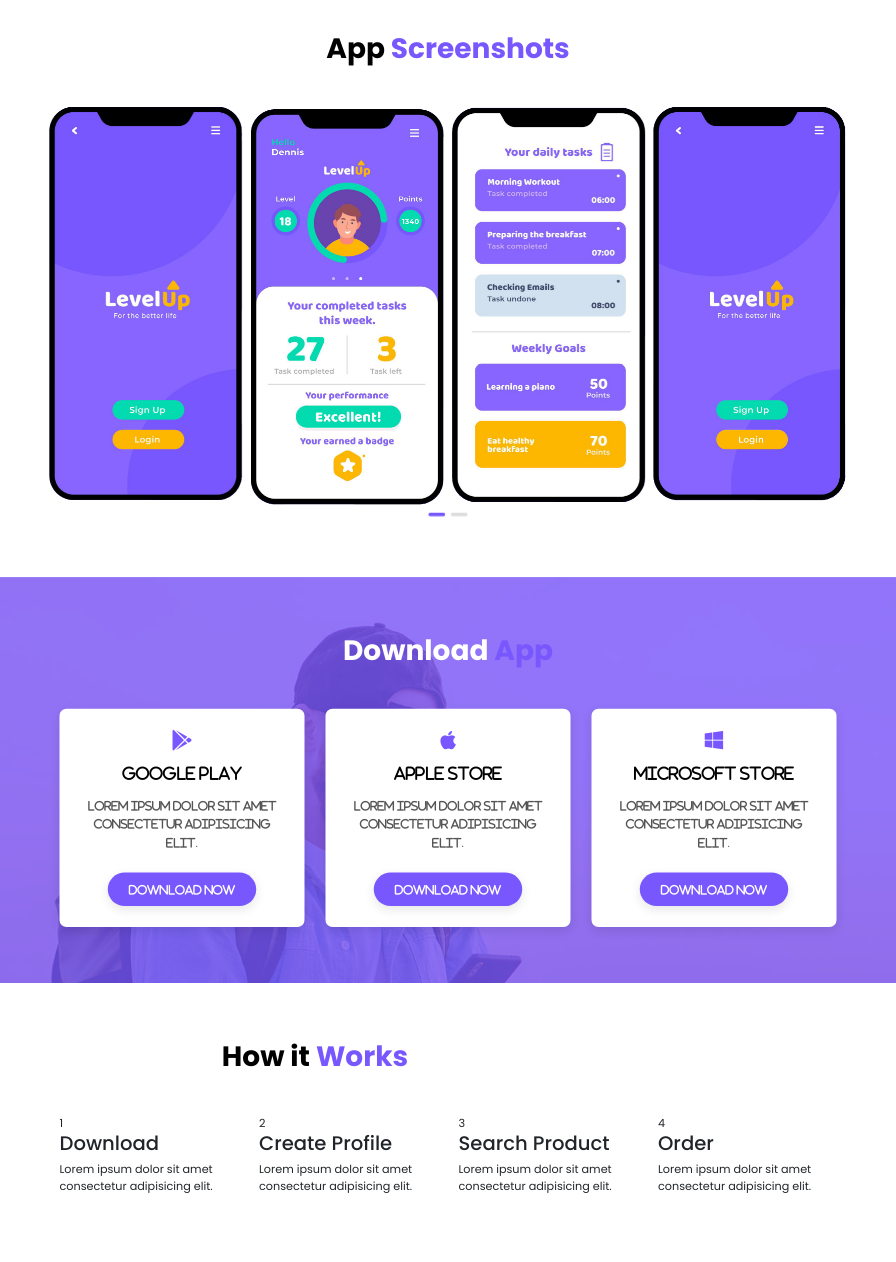
Repository: Mohamed-Hema/Shala-App
Page: index.html
An editor plug-in stored every save of this project. The page is shown before and after the next save, followed by the edit.
The browser window is 1280 px wide. The pictures show the part of the page from y = 2168 to 4088 px (the page is 3971 px tall before and 4088 px after), at 70% of full size.
Backgrounds fixed to the window are drawn as part of the page. Some web libraries are served in a nearby version.

Above is the page before, as saved 2021-02-21 21:48:11.

After the next save:
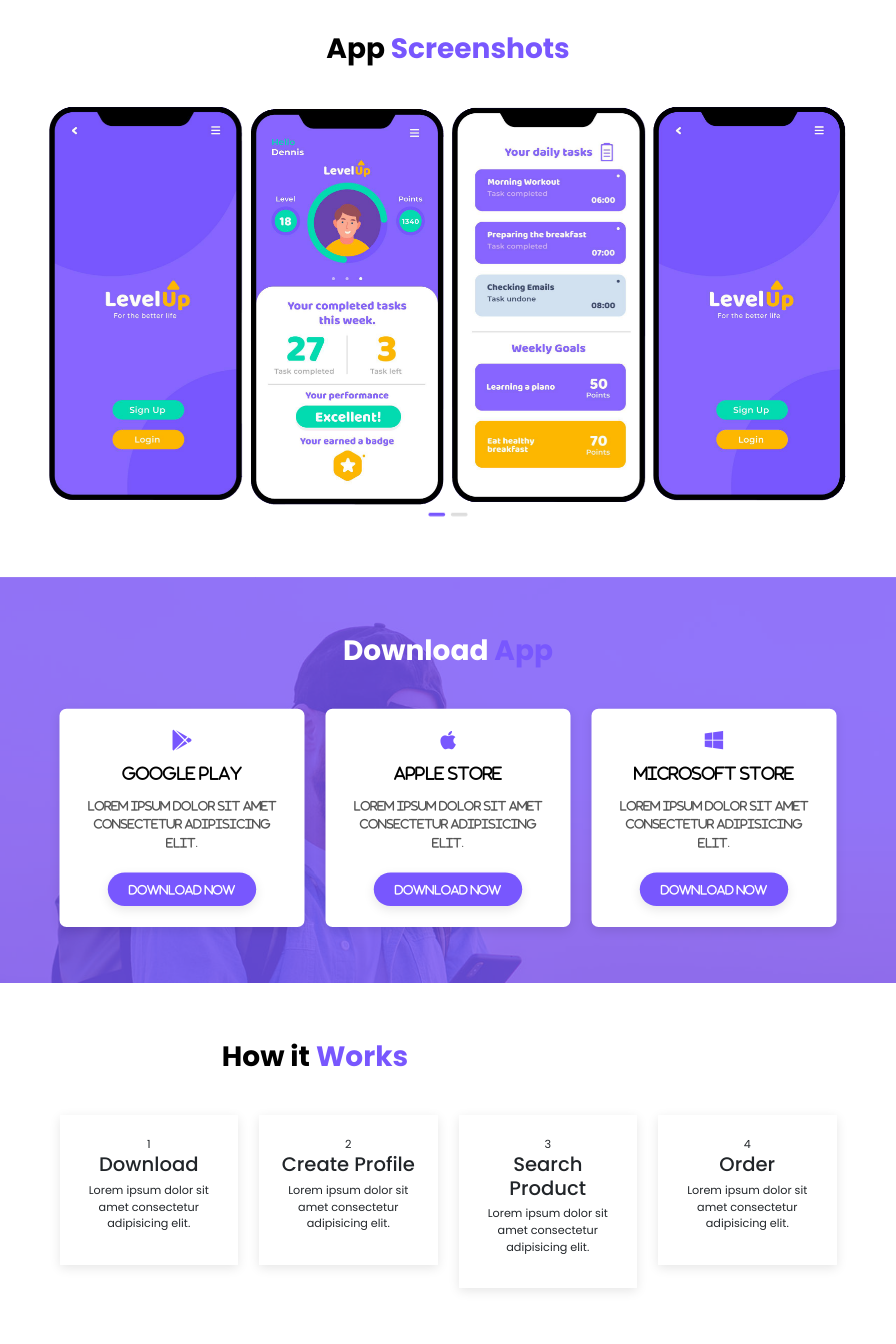
Saved 11 s later.
--- a/css/style.css
+++ b/css/style.css
@@ -550,7 +550,9 @@ ul{
 /* End App Downlaod Section */
 /* Start How it Works */
 .how-it-works-item{
-    box-shadow: var(--b);
+    box-shadow: var(--shadow-black-100);
+    padding: 30px;
+    text-align: center;
 }
 
 
